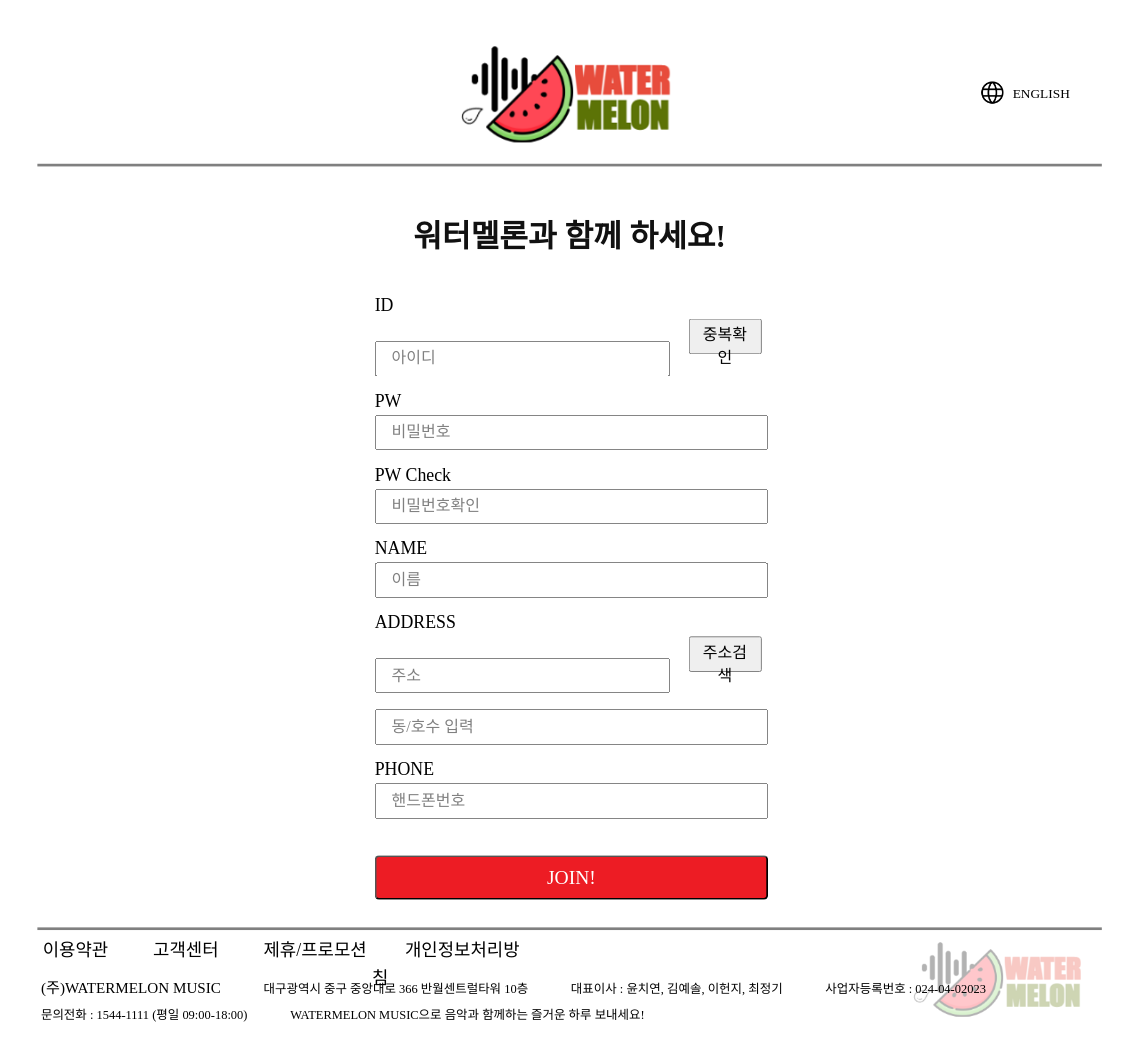
Repository: anchobb/TEAM_STS
Page: http://localhost/PJ_TEAM01/WEB-INF/views/member/join.jsp
The author's editor kept a copy of each file at every save. The page is drawn from the files as they stood at one save, then again after the next save.
The browser window is 1280 px wide. The pictures show the whole page, at 89% of full size.
Some web fonts or font styles are not loaded; a fallback is used. Some web libraries are served in a nearby version. The page is served by Tomcat 9. Nobody is signed in. The template is opened directly, without the code that normally fills it, so the values that code supplies are empty.

Above is the page before, as saved 2023-09-13 03:58:26.

After the next save:
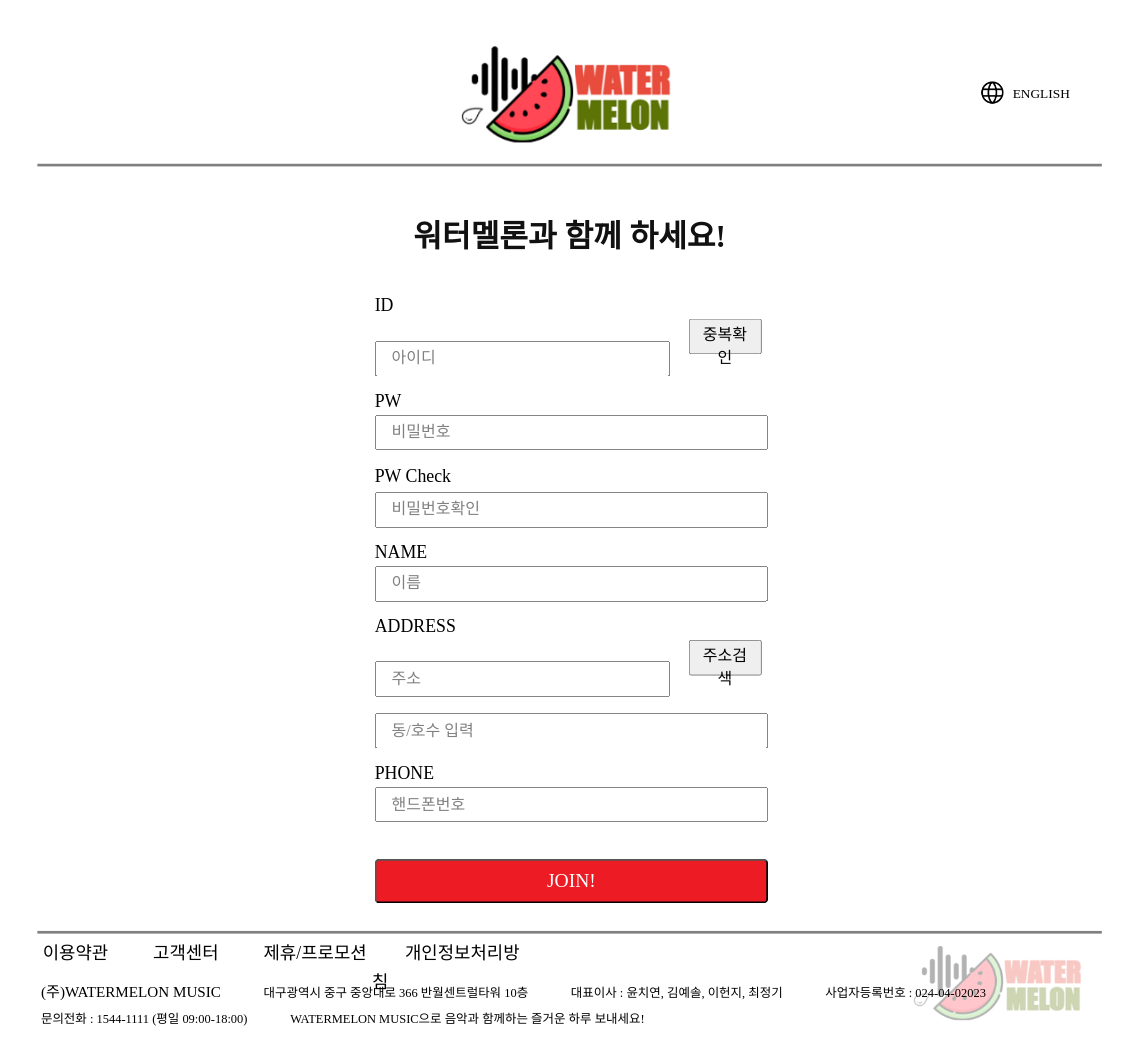
Saved 28 s later.
--- a/PJ_TEAM01/src/main/webapp/WEB-INF/views/member/join.jsp
+++ b/PJ_TEAM01/src/main/webapp/WEB-INF/views/member/join.jsp
@@ -39,7 +39,7 @@
                   <button id="idcheck_btn" >중복확인</button></li>
                <li><span>PW</span> <input id="pw_input" name="pw"
                   type="password" placeholder="비밀번호" title="비밀번호입력" required></li>
-               <li><span style="inline-block">PW Check</span> <span id="pw_mismatch_msg" style="color: red; font-size:15px; text-align:right;"></span>
+               <li><span style="display:inline-block">PW Check</span> <span id="pw_mismatch_msg" style="color: red; font-size:15px; text-align:right;"></span>
                   <input id="pwc_input" name="pwc_input" type="password"
                   placeholder="비밀번호확인" title="비밀번호확인" required></li>
                <li><span>NAME</span> <input type="text" name="name"
